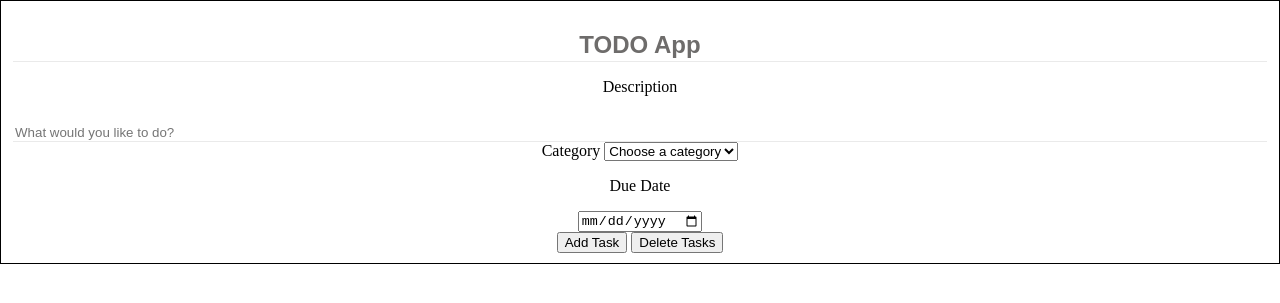
Repository: king-slayer97/TODO-App
Page: http://localhost/
The author's editor kept a copy of each file at every save. The page is drawn from the files as they stood at one save, then again after a run of saves.
The browser window is 1280 px wide. The pictures show the whole page.
The page is served by the project's Node server (index.js). Other server files are loaded and not shown.

Above is the page before, as saved 2022-08-15 14:01:26.

### views/home.ejs
<!DOCTYPE html>
<html lang="en">

<head>
    <meta charset="UTF-8">
    <meta http-equiv="X-UA-Compatible" content="IE=edge">
    <meta name="viewport" content="width=device-width, initial-scale=1.0">
    <title>TODO App</title>
    <link rel="stylesheet" href="/css/home.css">
</head>

<body>
    <div class="wrapper">
        <div class="heading">
            <h2>TODO App</h2>
        </div>
        <div class="description">
            <p>Description</p>
            <input type="text" placeholder="What would you like to do?">
        </div>
        <div class="section2">
            <div class="category">
                <label>Category</label>
                <select>
                    <option selected disabled>Choose a category</option>
                    <option value="Personal">Personal</option>
                    <option value="Work">Work</option>
                    <option value="School">School</option>
                    <option value="Cleaning">Cleaning</option>
                    <option value="Other">Other</option>
                </select>
            </div>
            <div class="date">
                <p>Due Date</p>
                <input type="date" placeholder="dd/mm/yyyy">
            </div>
        </div>
        <div class="buttons">
            <button>Add Task</button>
            <button>Delete Tasks</button>
        </div>
    </div>
</body>

</html>

### index.js
const express = require('express');
const PORT = 3000;
const app = express();

//setup view engine
app.set('view engine', 'ejs');
app.set('views','./views');
app.use(express.static('assets'));

//importing routes
const router = require('./routes');
app.use('/',router);

//Listening on port 3000
app.listen(PORT, function(err){
    if(err) {
        console.log(`Error: ${err}`);
    }
    else{
        console.log(`Listening on port ${PORT}`);
    }
});

### controllers/home_controller.js
module.exports.homePage = function(req, res){
    res.render('home',{title: "TODO App"});
};

### assets/css/home.css
body{
    margin: 0;
}

.wrapper{
    text-align: center;
    border: 1px solid black;
    padding: 10px 12px;
}

.heading{
    border-bottom: 1px solid #eaeaea;
    height: 30px;
    /* display: flex;
    align-items: center;
    justify-content: center; */
}

.heading h2{
    color: #6e6c6b;
    font-family: Arial, Helvetica, sans-serif;
    /* font-style: inherit; */
}

.description{
    border-bottom: 1px solid #eaeaea;
    display: flex;
    flex-direction:column;
    justify-content: flex-start;
}

.description p{
    height: 30px;
}

.description input[type="text"]{
    border-style: none;
}

After the next 2 saves:
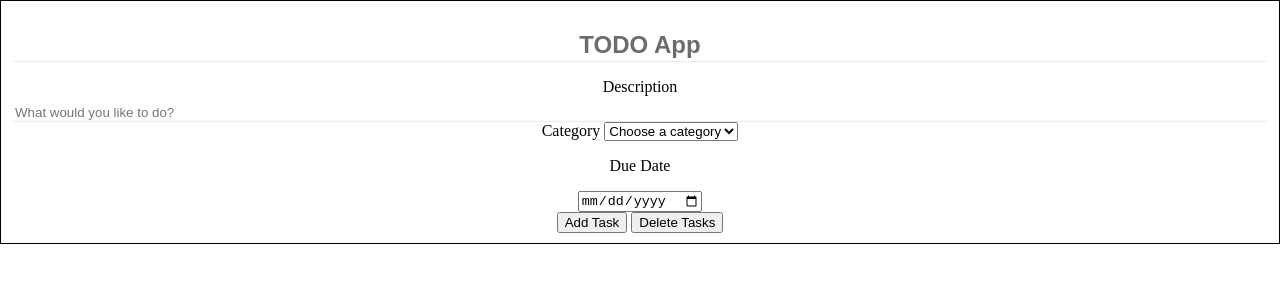
The 2 saves are shown as one change because they came seconds apart.
The last was saved 7 s later.
--- a/assets/css/home.css
+++ b/assets/css/home.css
@@ -30,7 +30,7 @@ body{
 }
 
 .description p{
-    height: 30px;
+    height: 10px;
 }
 
 .description input[type="text"]{
